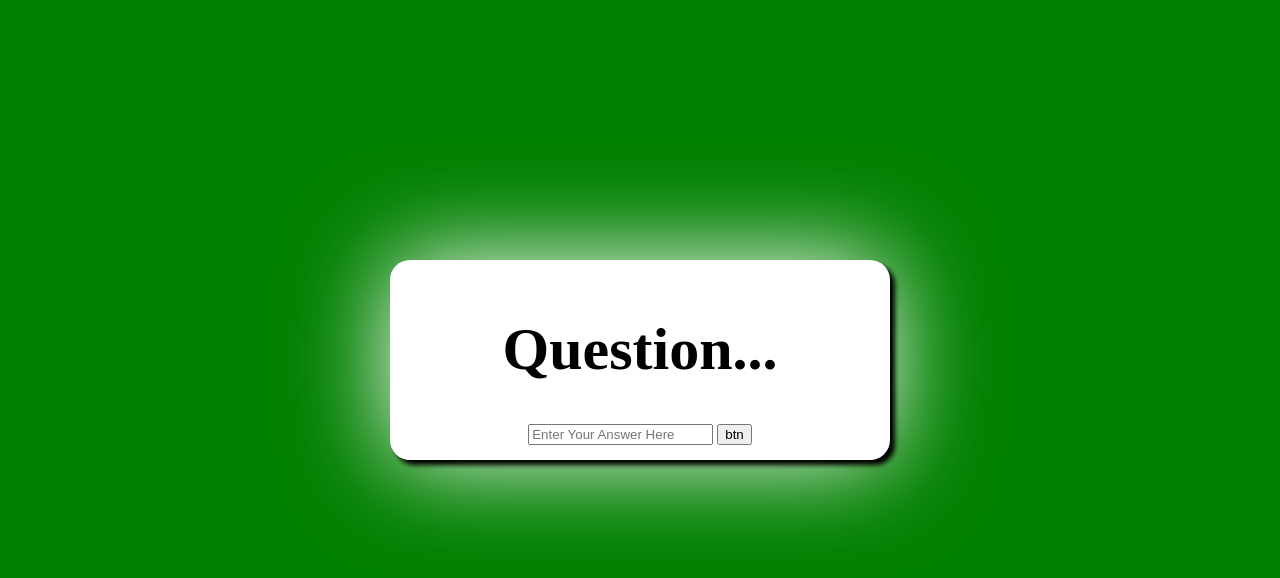
Repository: Joseph061200/Dynamic_Lab2
Page: joseph.html
These files come from the project's save history. The page is drawn as it stood at one moment and after the next save; the edit follows.
The browser window is 1280 px wide. The pictures show the whole page.

Above is the page before, as saved 2020-02-20 14:16:35.

### joseph.html
<!DOCTYPE html>
<html>
    <head>
        <title>Joseph</title>
        <link rel="stylesheet" href="joseph.css">
    </head>
    <body>
        <div class="app">
            <div class="pop_up question">
                <h1 class="h1">Question...</h1>
                <div>
                    <input type="text" placeholder="Enter Your Answer Here">
                    <button>btn</button>
                </div>
            </div>
        </div>
        <script src="joseph.js"></script>
    </body>
</html>

### joseph.css
body,html {
    margin: 0;
}
.app{
    width: 100vw;
    height: 100vh;
    display: flex;
    justify-content: center;
    align-items: center;
    background-color: green;
}
.pop_up{
    width: 500px;
    height: 200px;
    /* border: solid 1px black; */
    display: flex;
    flex-direction: column;
    justify-content: center;
    align-items: center;
    background-color: white;
    border-radius: 20px;
    box-shadow: 5px 5px 5px black,0px 0px 100px white;

}
h1 {
    font-size: 60px;
}

Loaded but not shown: joseph.js (no copy from this time; the picture is the same without it)

After the next save:
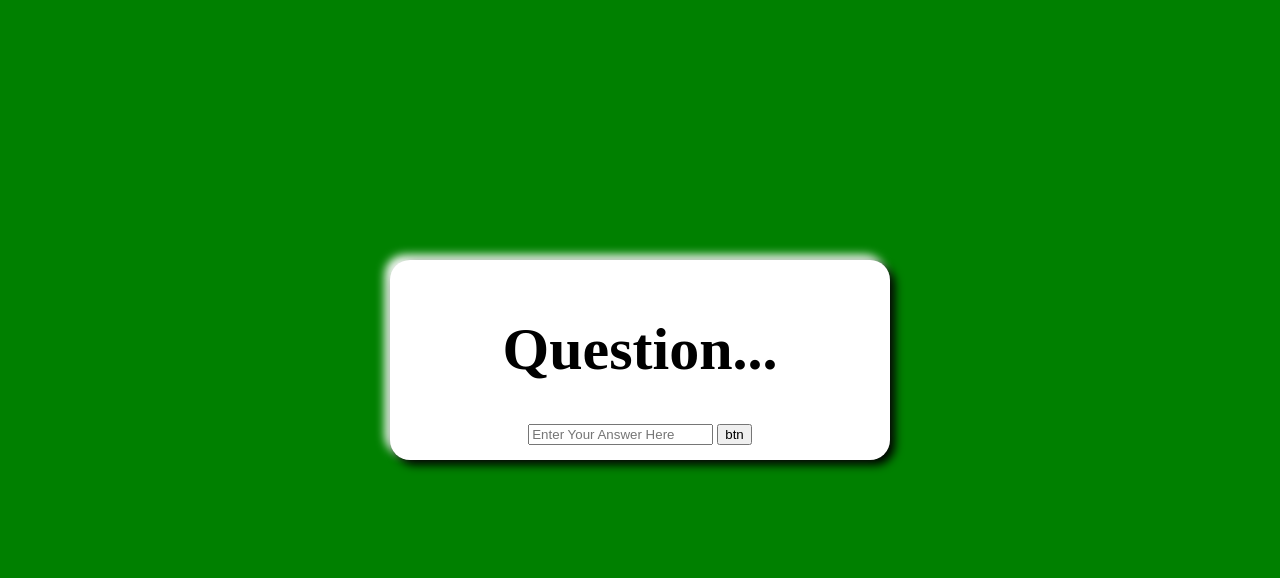
Saved 11 s later.
--- a/joseph.css
+++ b/joseph.css
@@ -19,7 +19,7 @@ body,html {
     align-items: center;
     background-color: white;
     border-radius: 20px;
-    box-shadow: 5px 5px 5px black,0px 0px 100px white;
+    box-shadow: 5px 5px 10px black,-5px -5px 10px white;
 
 }
 h1 {
